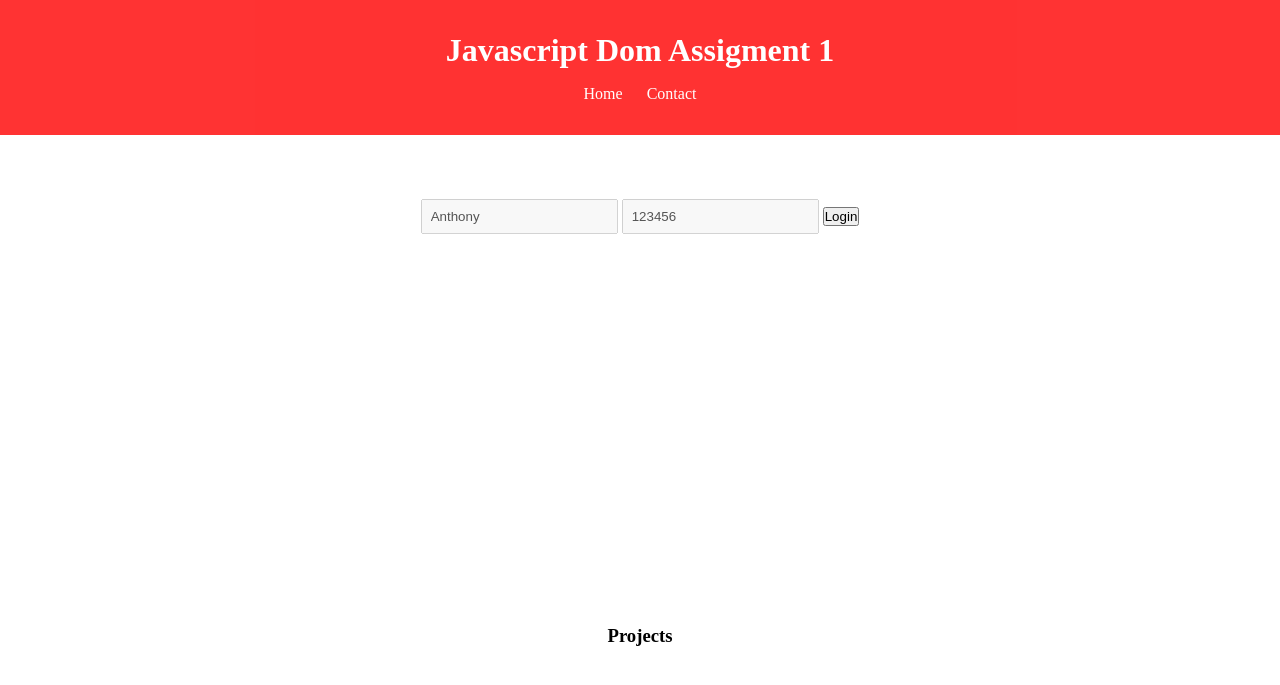
Repository: haakanerol/haakanerol
Page: Js.ass1/index.html
An editor plug-in stored every save of this project. The page is shown before and after the next save, followed by the edit.
The browser window is 1280 px wide. The pictures show the whole page.

Above is the page before, as saved 2024-02-25 16:14:42.

After the next save:
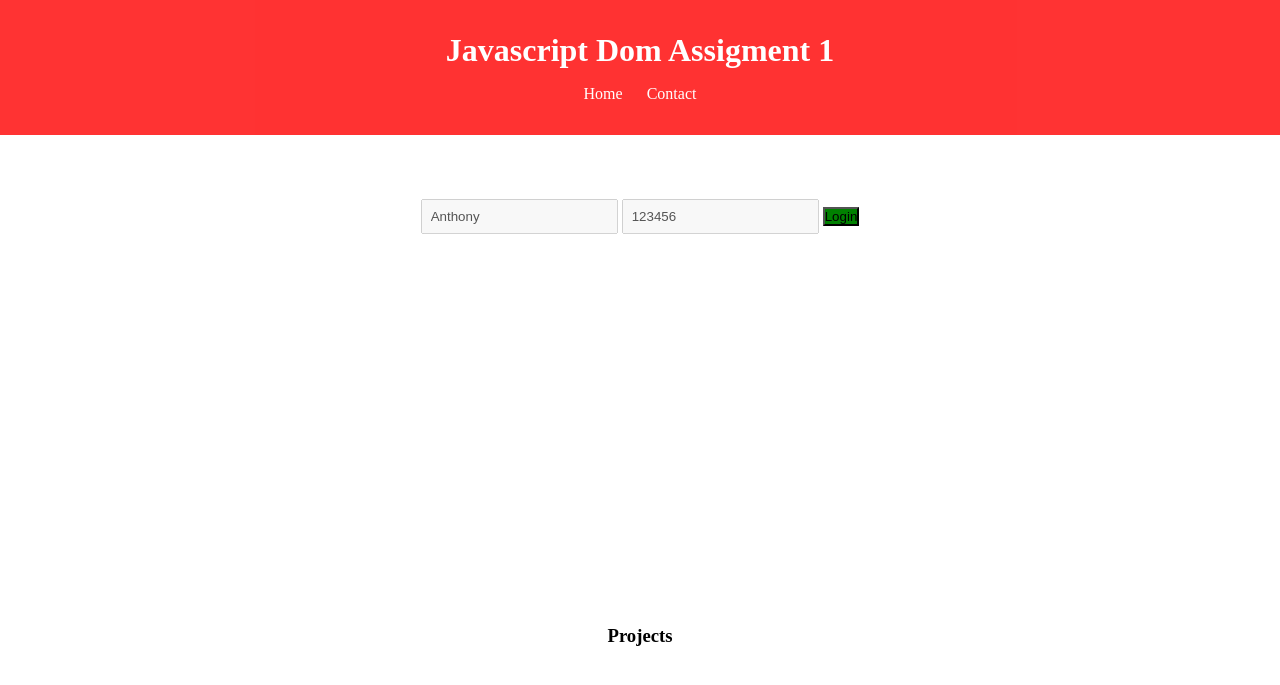
Saved 11 s later.
--- a/Js.ass1/app.js
+++ b/Js.ass1/app.js
@@ -26,4 +26,4 @@
 newPassword.style.padding = ".5rem"
 
 newBtn = document.querySelector(".btn")
-newBtn.style.backgrounColor = "green"
+newBtn.style.backgroundColor = "green"

After the save that followed:
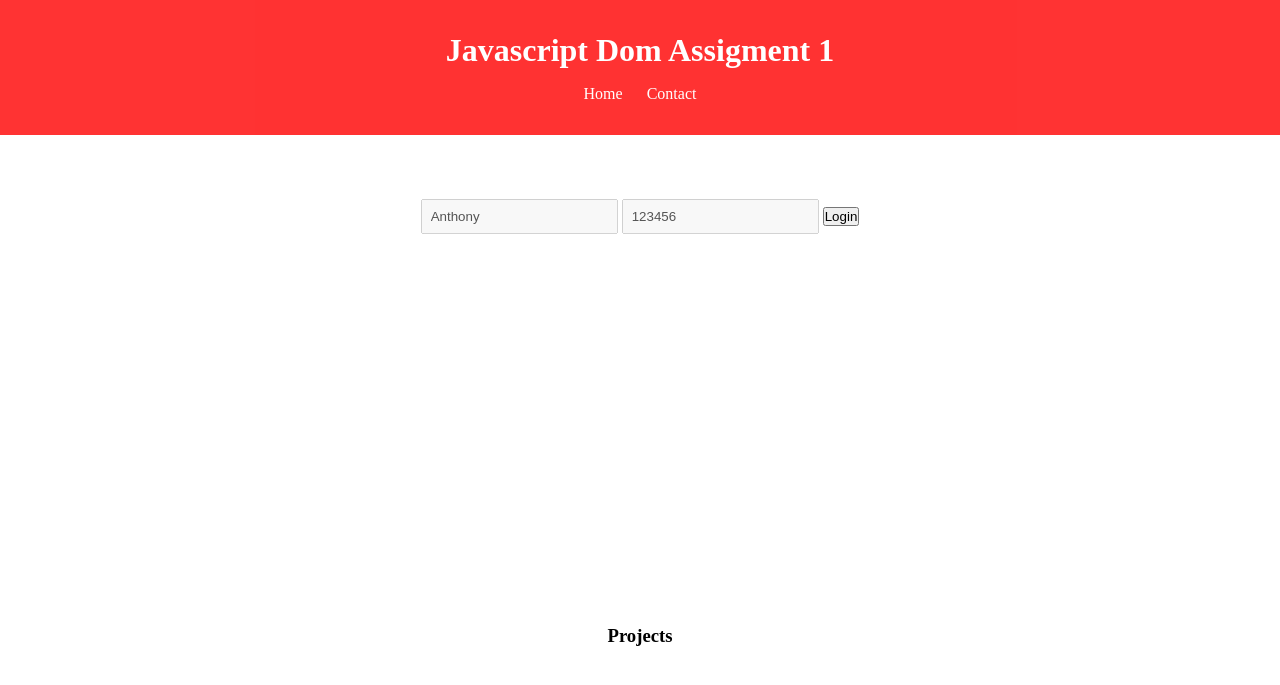
Saved 5 s later.
--- a/Js.ass1/app.js
+++ b/Js.ass1/app.js
@@ -26,4 +26,4 @@
 newPassword.style.padding = ".5rem"
 
 newBtn = document.querySelector(".btn")
-newBtn.style.backgroundColor = "green"
+newBtn.style.backgroundColor = "ligthgreen"
